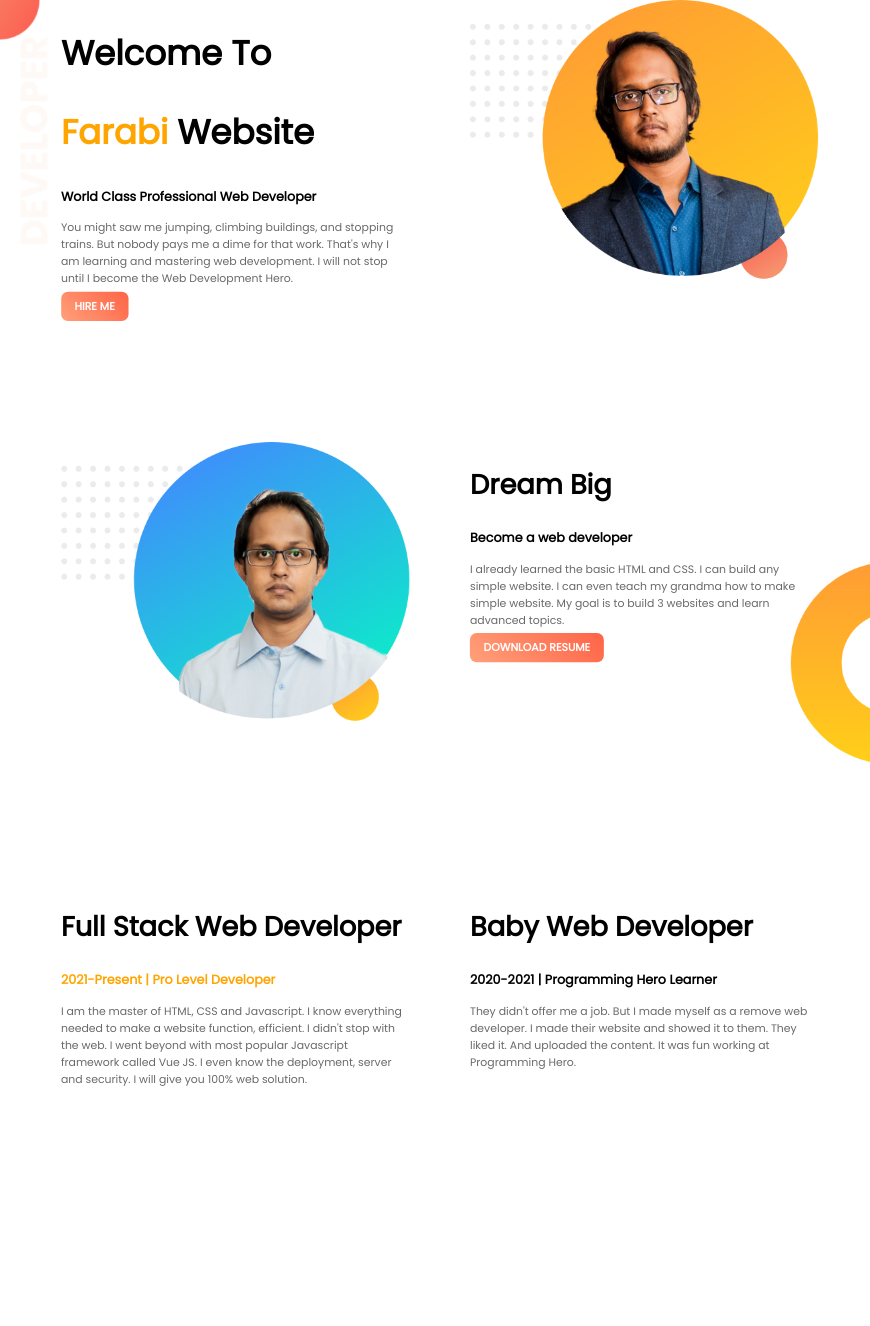
Repository: mohsinfarabi/web-portfolio
Page: index.html
An editor plug-in stored every save of this project. The page is shown before and after the next save, followed by the edit.
The browser window is 1280 px wide. The pictures show the whole page, at 68% of full size.

Above is the page before, as saved 2020-06-30 23:48:26.

After the next save:
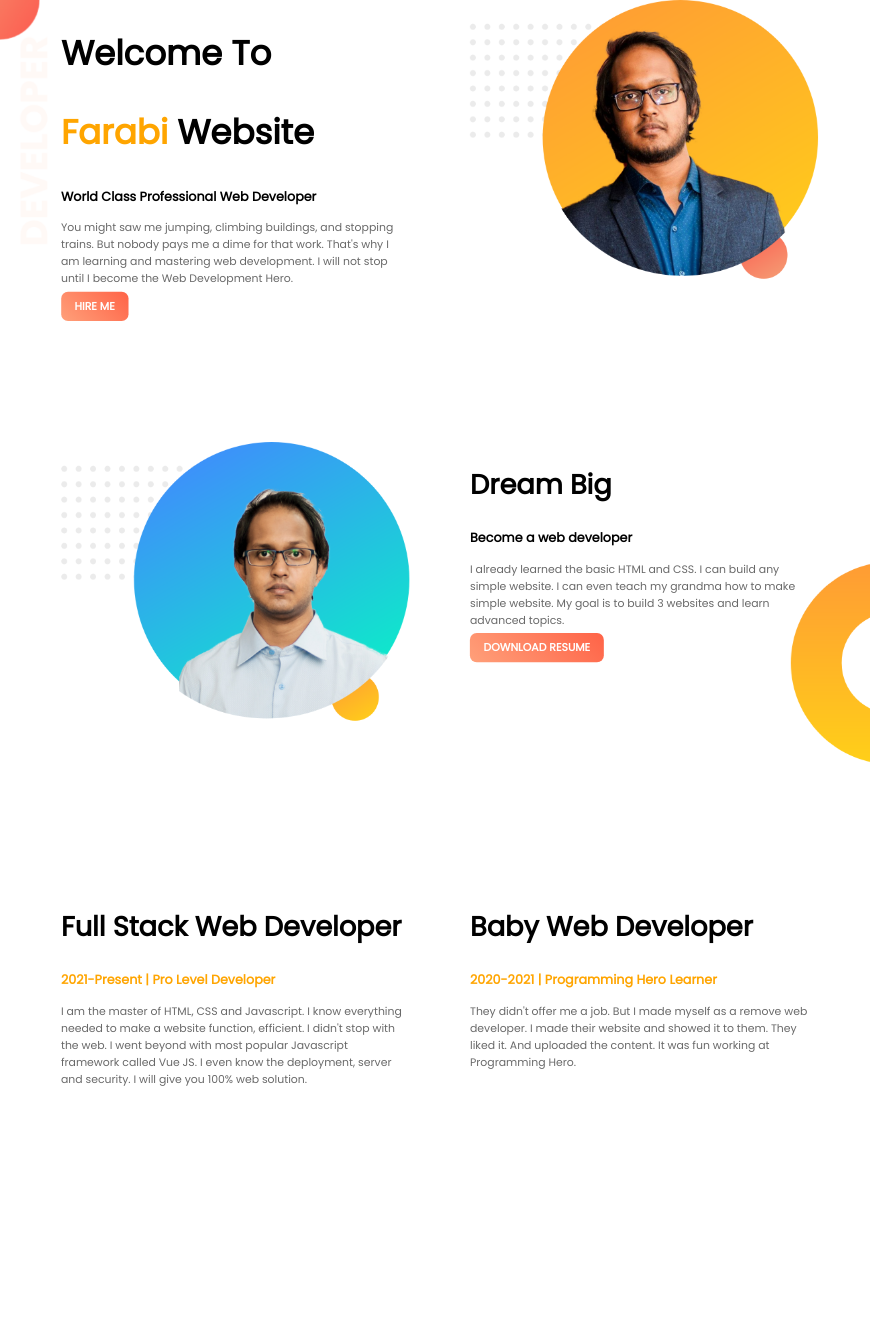
Saved 31 s later.
--- a/index.html
+++ b/index.html
@@ -43,7 +43,7 @@
         </div>
         <div class="half-width">
             <h2>Baby Web Developer</h2>
-            <h3>2020-2021 | Programming Hero Learner</h3>
+            <h3 class="orange-highlight">2020-2021 | Programming Hero Learner</h3>
             <p>They didn't offer me a job. But I made myself as a remove web developer. I made their website and showed it to them. They liked it. And uploaded the content. It was fun working at Programming Hero.</p>
         </div>
         </div>
